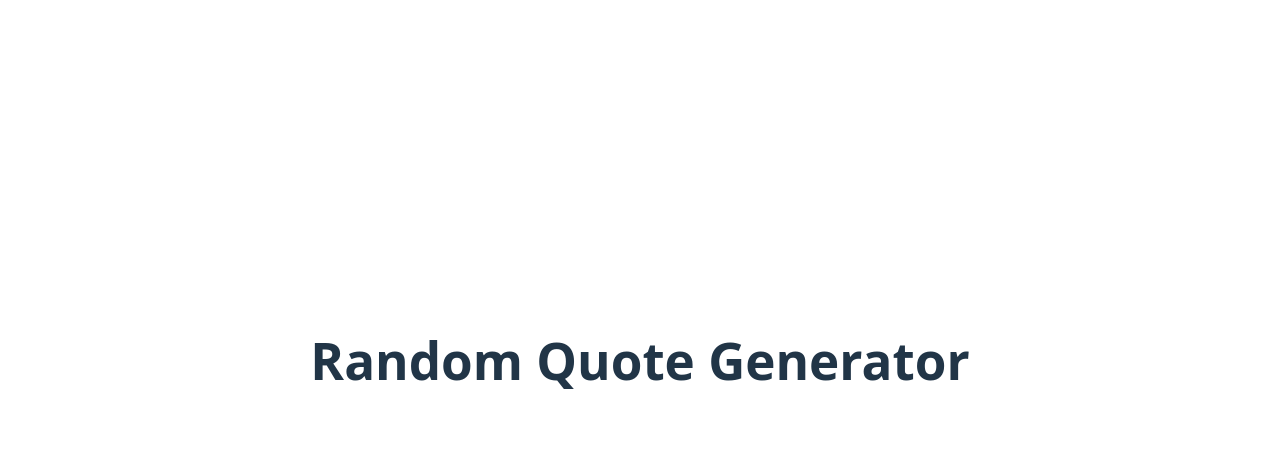
Repository: Vaibhav979/Quote-Generator
Page: / (app in QuoteGen-View/)
These files come from the project's save history. The page is drawn as it stood at one moment and after a run of saves; the edit follows.
The browser window is 1280 px wide. The pictures show the whole page.
The project was rebuilt for these pictures with package versions that can differ from the ones it lists, and the page was loaded fresh each time. Also part of the build but not shown: QuoteGen-View/vite.config.js.

Above is the page before, as saved 2025-08-12 23:35:24.

After the next 2 saves:
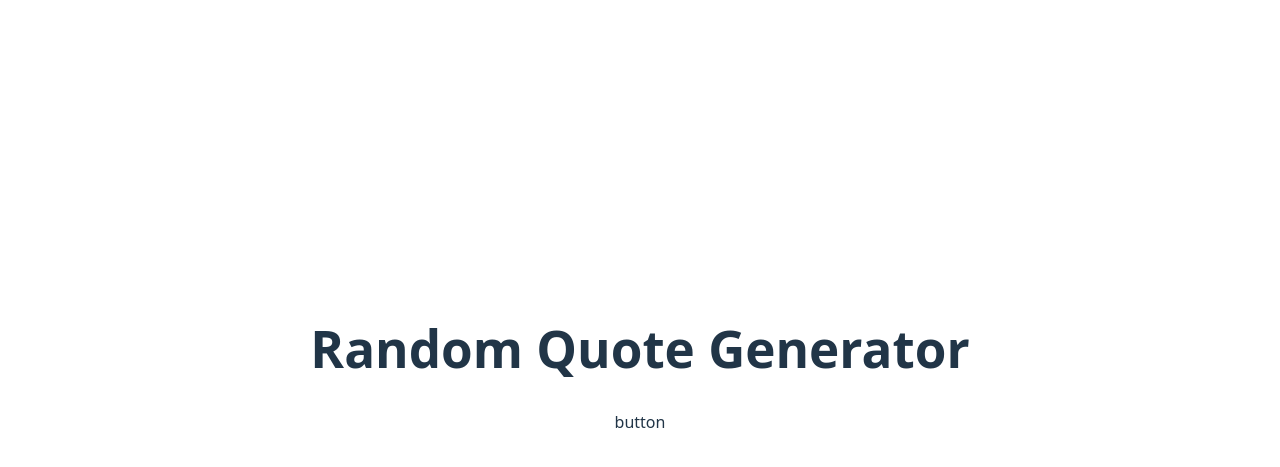
The 2 saves are shown as one change because they came seconds apart.
The last was saved 7 s later.
--- a/QuoteGen-View/src/App.jsx
+++ b/QuoteGen-View/src/App.jsx
@@ -20,6 +20,7 @@ function App() {
     <>
     <div>
       <h1>Random Quote Generator</h1>
+      button
     </div>
     </>
   )
